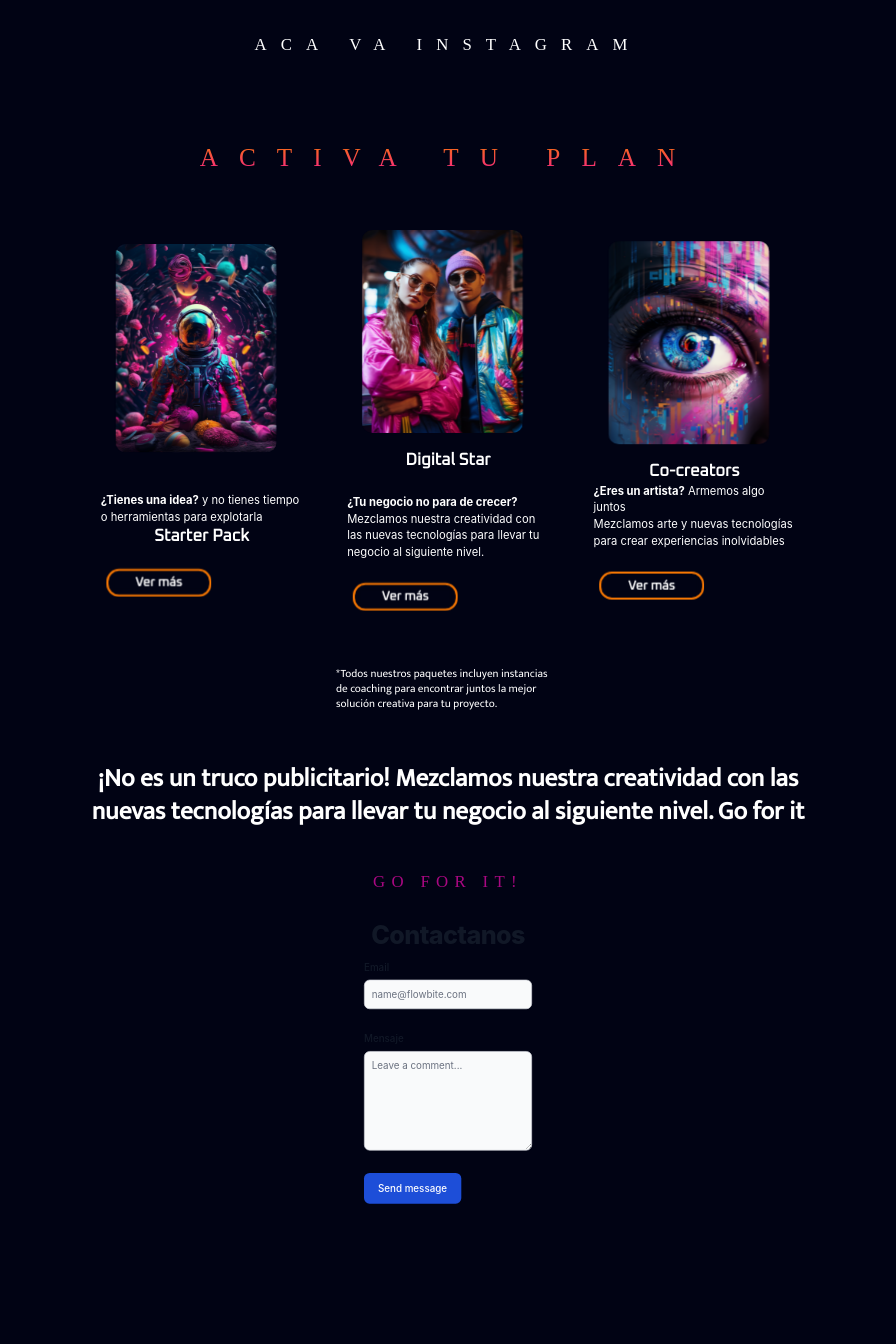
Repository: itsomosedison/tailwind-landing-page
Page: index.html
These files come from the project's save history. The page is drawn as it stood at one moment and after the next save; the edit follows.
The browser window is 1280 px wide. The pictures show the part of the page from y = 1111 to 3031 px (the page is 3031 px tall before and 2999 px after), at 70% of full size.
Some web fonts or font styles are not loaded; a fallback is used.

Above is the page before, as saved 2023-09-30 20:45:54.

### index.html
<!DOCTYPE html>
 <html lang="en" class="">
<head>
    <meta charset="UTF-8">
    <meta http-equiv="X-UA-Compatible" content="IE=edge">
    <meta name="viewport" content="width=device-width, initial-scale=1.0">
    <title>Fuxia Lab</title>
    <meta name="description" content="Creamos contenido para tu negocio. FOTOS - VIDEOS - PACKS DE IMAGENES. Tenemos packs de contenido hechos a tu medida.">
    <link href="./output.css" rel="stylesheet">
</head>
<body>
    <header>
        <nav class="fuxiaNavBar">
            <div class="flex flex-wrap justify-between items-center mx-auto max-w-screen-xl">
                <a href="https://fuxialab.com" class="flex items-center">
                    <img src="recursos/LogoFuxiaHorizontal.png" class="logo mr-3 h-6 sm:h-9" alt="FuxiaLab Logo" />
                </a>
            </div>
        </nav>
    </header>

    <div class="hero containerFuxiaHero">
        <div class="containerFuxia flex-col" style="max-width:  1080px;align-items: center;">
            <h1 class="FuxiaH1">IA Believers</h1>

            <div class="flex-row" style="max-width: 400px;">
                <h2 class="FuxiaH2"> <b>¡No es un truco publicitario!</b> Mezclamos nuestra creatividad con las nuevas tecnologías para llevar tu negocio al siguiente nivel.</h2>
                <p class="FuxiaSpecialText">GO FOR IT!</p>
            </div>
            <div class="flex-row" style="text-align: center;width:70%">
                <p class="WhiteSpecialText" style="text-align: center;">SELECCIONA TU NIVEL</p>
            </div>
            <div class="flex-col">
                    <button class="FuxiaButton">Rookie</button>
                    <button class="FuxiaButton">Amateur</button>
                    <button class="FuxiaButton">Follower</button>
                    <button class="FuxiaButton">Believer</button>
            </div>
        </div>
    </div>

    <div class="containerFuxia flex-col" style="max-width:  1080px;align-items: center;margin-top: -32px;">
        <img src="recursos/sheepHero2.png" alt="Imagen de la oveja" style="width:1920px;" />
        <p class="WhiteSpecialText" style="text-align: center;">INSTA SHEEP</p>
        <p class="WhiteSpecialText" style="text-align: center;">ACA VA INSTAGRAM</p>
    </div>

    <div class="containerFuxia flex-col" style="max-width:  1080px;align-items: center;">
        <p class="GradienteSpecialText" style="text-align: center;">ACTIVA TU PLAN</p>
    </div>

    <div class="containerFuxiaCards flex-row">
                <div class="cardContainer">
                    <a href="https://api.whatsapp.com/send/?phone=5401138519899&text=Hola%21+vi+tu+anuncio+en+la+web+y+estoy+interesado+en+un+Starter+Pack" target="_blank" class="fuxiaCard">
                        <img class="cardImg" src="recursos/start.png" alt="Imagen de la oveja" />
                    </a>
                    <p class="mt-8"><b>¿Tienes una idea?</b> y no tienes tiempo o herramientas para explotarla</p>
                    <h1 class="cardH1">Starter Pack</h1>
                    <br>
                    <button class="gradientButton">Ver más</button>
                </div>

                <div class="cardContainer">
                    <a href="https://api.whatsapp.com/send/?phone=5401138519899&text=Hola%21+vi+tu+anuncio+en+la+web+y+estoy+interesado+en+ser+un+Digital+Star" target="_blank" class="fuxiaCard">
                        <img class="cardImg" src="recursos/star.png" alt="Imagen de la oveja" />

                    </a>
                    <h1 class="cardH1">Digital Star</h1>
                    <p class="mt-8"> <b>¿Tu negocio no para de crecer?</b> Mezclamos nuestra creatividad con las nuevas tecnologías para llevar tu negocio al siguiente nivel.</p>
                    <br>
                    <button class="gradientButton">Ver más</button>
                </div>


                <div class="cardContainer">
                    <a href="https://api.whatsapp.com/send/?phone=5401138519899&text=Hola%21+vi+tu+anuncio+en+la+web+y+estoy+interesado+en+co+crear+un+proyecto+jun" target="_blank" class="fuxiaCard">
                        <img class="cardImg" src="recursos/cocrea.png" alt="Imagen de la oveja" />
                    </a>
                    <h1 class="cardH1">Co-creators</h1>
                    <p class=""><b>¿Eres un artista?</b> Armemos algo juntos</p> Mezclamos arte y nuevas tecnologías para crear experiencias inolvidables</p>
                    <br>
                    <button class="gradientButton">Ver más</button>
                </div>
            </div>
            </div>
        </section>
    </div>

        <div class="containerFuxia flex-row" style="max-width:  1080px;align-items: center;">
                    <p class="FuxiaH2" style="font-size: 16px; width: 320px;">*Todos nuestros paquetes incluyen instancias de coaching para encontrar juntos la mejor solución creativa para tu proyecto.</p>
        </div>

        <div class="containerFuxia flex-row" style="max-width:  1080px;align-items: center;">

                <p class="quoteText">¡No es un truco publicitario! Mezclamos nuestra creatividad con las nuevas tecnologías para llevar tu negocio al siguiente nivel. Go for it</p>
                <p class="FuxiaSpecialText" style="margin-top:60px">GO FOR IT!</p>

                <div>
                    <div class="containerFuxia flex-row">
                        <h2 class="mb-4 text-4xl tracking-tight font-extrabold text-center text-gray-900 dark:text-white">Contactanos</h2>
                        <form action="#" class="space-y-8">
                            <div>
                                <label for="email" class="block mb-2 text-sm font-medium text-gray-900 dark:text-gray-300">Email</label>
                                <input type="email" id="email" class="shadow-sm bg-gray-50 border border-gray-300 text-gray-900 text-sm rounded-lg focus:ring-primary-500 focus:border-primary-500 block w-full p-2.5 dark:bg-gray-700 dark:border-gray-600 dark:placeholder-gray-400 dark:text-white dark:focus:ring-primary-500 dark:focus:border-primary-500 dark:shadow-sm-light" placeholder="name@flowbite.com" required>
                            </div>
                            <div class="sm:col-span-2">
                                <label for="message" class="block mb-2 text-sm font-medium text-gray-900 dark:text-gray-400">Mensaje</label>
                                <textarea id="message" rows="6" class="block p-2.5 w-full text-sm text-gray-900 bg-gray-50 rounded-lg shadow-sm border border-gray-300 focus:ring-primary-500 focus:border-primary-500 dark:bg-gray-700 dark:border-gray-600 dark:placeholder-gray-400 dark:text-white dark:focus:ring-primary-500 dark:focus:border-primary-500" placeholder="Leave a comment..."></textarea>
                            </div>
                            <button type="submit" class="py-3 px-5 text-sm font-medium text-center text-white rounded-lg bg-primary-700 sm:w-fit hover:bg-primary-800 focus:ring-4 focus:outline-none focus:ring-primary-300 dark:bg-primary-600 dark:hover:bg-primary-700 dark:focus:ring-primary-800">Send message</button>
                        </form>
                    </div>
                  </section>

        </div>

   <div class="footerFuxia flex-row">

   </div>

</body>
</html>

Loaded but not shown: output.css (2759 lines, source omitted)

After the next save:
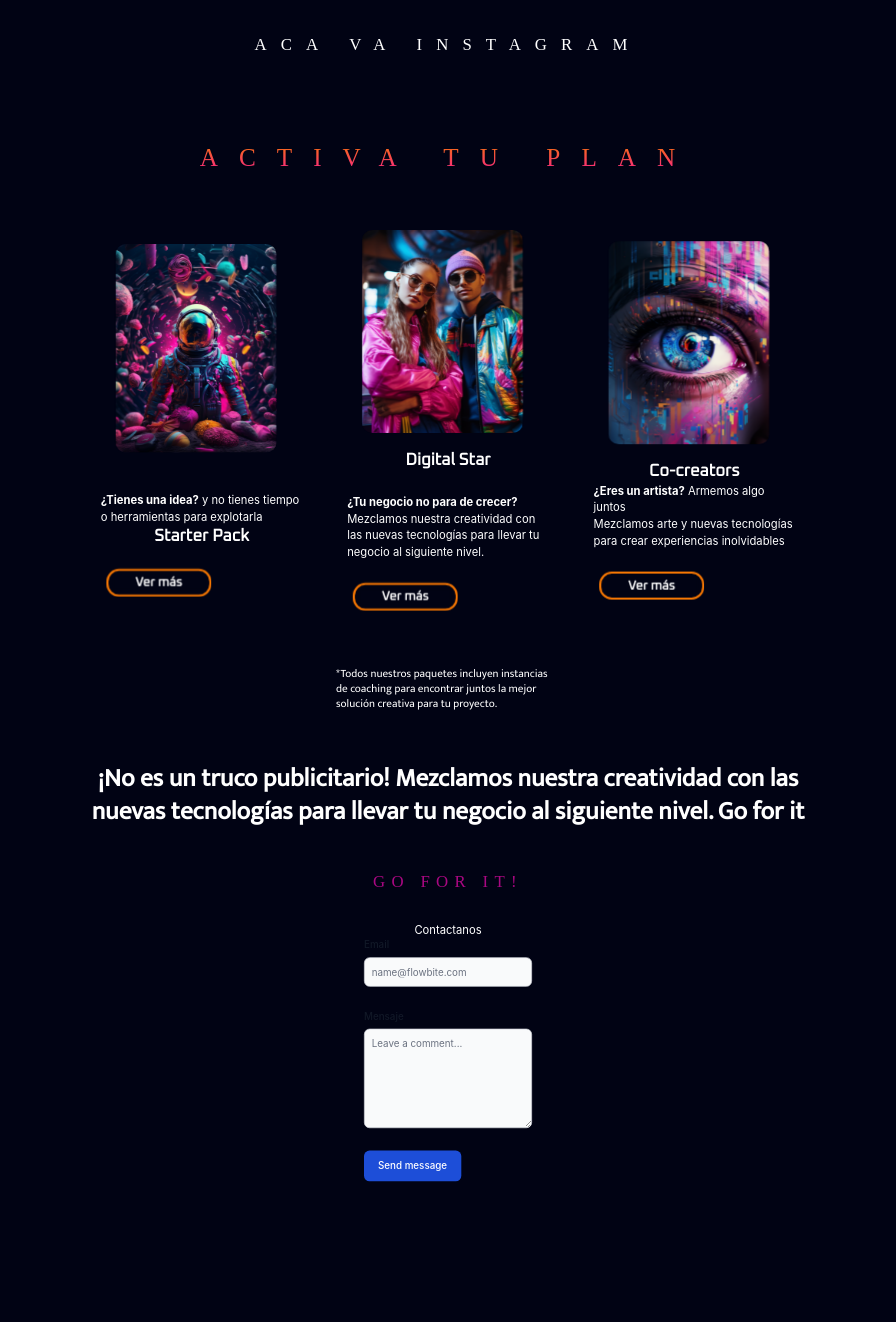
Saved 21 s later.
--- a/index.html
+++ b/index.html
@@ -97,7 +97,7 @@
 
                 <div>
                     <div class="containerFuxia flex-row">
-                        <h2 class="mb-4 text-4xl tracking-tight font-extrabold text-center text-gray-900 dark:text-white">Contactanos</h2>
+                        <h2 class="Contactanos">Contactanos</h2>
                         <form action="#" class="space-y-8">
                             <div>
                                 <label for="email" class="block mb-2 text-sm font-medium text-gray-900 dark:text-gray-300">Email</label>
